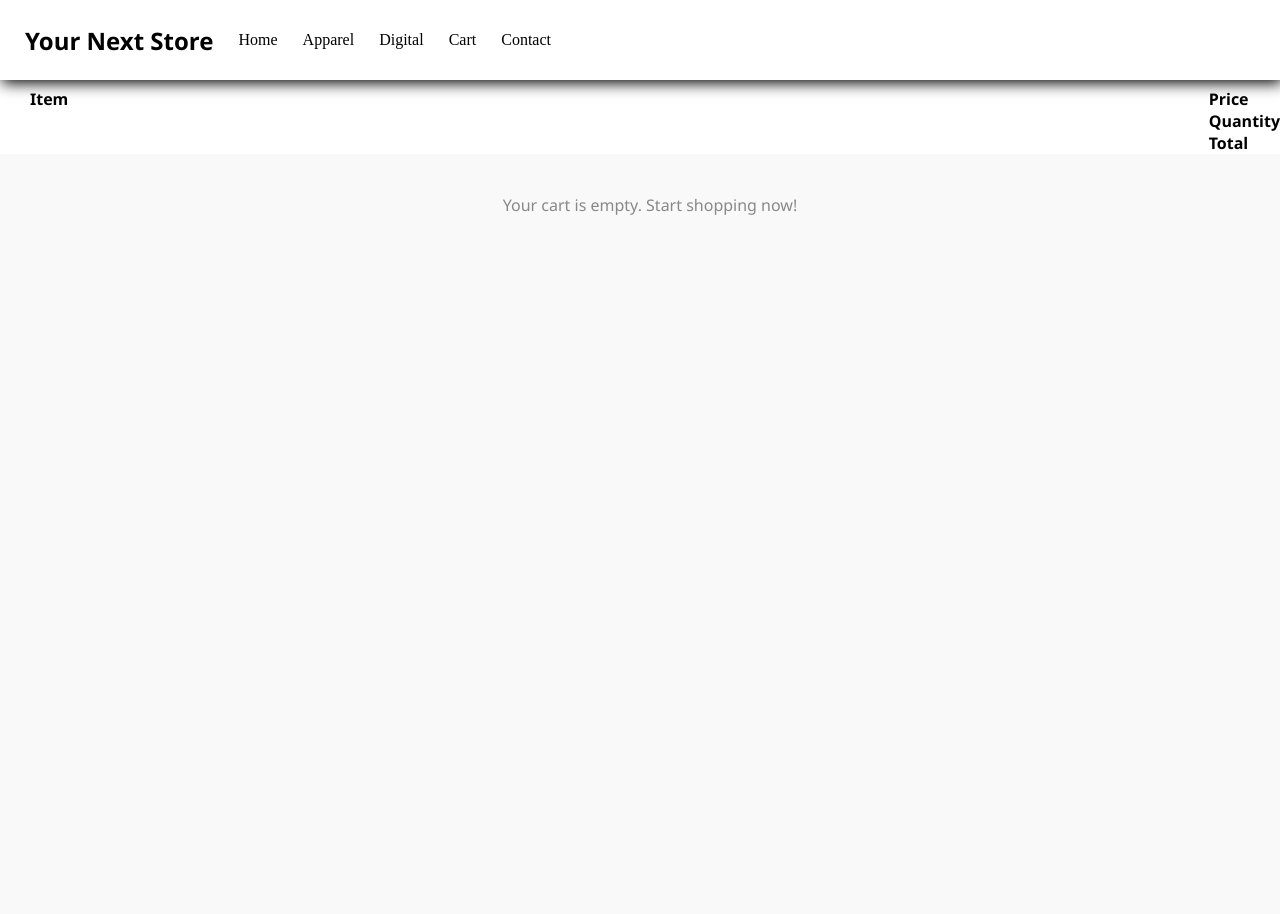
Repository: Sharathguru/React_Project1
Page: /cart
An editor plug-in stored every save of this project. The page is shown before and after the next save, followed by the edit.
The browser window is 1280 px wide. The pictures show the whole page.
The project was rebuilt for these pictures with package versions that can differ from the ones it lists, and the page was loaded fresh each time. Also part of the build but not shown: vite.config.js, src/Component/Main/Main1.jsx, src/Component/Main/Cloud.jsx, src/Component/Home.jsx, src/Component/NavbarComponent/Apparel.jsx, src/Component/NavbarComponent/Digital.jsx, src/Component/Contact.jsx, src/Component/Main/Signup.jsx and 3 more.

Above is the page before, as saved 2025-01-17 11:06:13.

### src/main.jsx
import { StrictMode } from 'react'
import { createRoot } from 'react-dom/client'

import App from './App.jsx'


createRoot(document.getElementById('root')).render(

  <App></App>

)

### src/App.jsx
import React, { useState } from 'react';
import { createBrowserRouter, RouterProvider } from 'react-router-dom';
import Home from './Component/Home';
import Apparel from './Component/NavbarComponent/Apparel';
import Digital from './Component/NavbarComponent/Digital';
import Contact from './Component/Contact';
import Signup from './Component/Main/Signup';
import LoginPage from './Component/Main/LoginPage';
import Cart from './Component/NavbarComponent/Cart';

import './App.css';
import Terms from './Component/Main/Terms';

const App = () => {
  const [cartItems, setCartItems] = useState([]);

  const router = createBrowserRouter([
    {
      path: "/",
      element: <Signup />,
      children: [
        {
          path: "/terms",
          element: <Terms />,
        },
      ],
    },
    {
      path: "/login",
      element: <LoginPage />,
    },
    {
      path: "/home",
      element: <Home />,
    },
    {
      path: "/apparel",
      element: <Apparel cartItems={cartItems} setCartItems={setCartItems} />,
    },
    {
      path: "/digital",
      element: <Digital />,
    },
    {
      path: "/cart",
      element: <Cart cartItems={cartItems} setCartItems={setCartItems} />,
    },
    {
      path: "/contact",
      element: <Contact />,
    },
  ]);

  return (
    <div>
      <RouterProvider router={router} />
    </div>
  );
};

export default App;

### src/Component/NavbarComponent/Cart.jsx
import React, { useState } from "react";
import { Link } from "react-router-dom";

const Cart = ({ cartItems, setCartItems }) => {
  const handleRemoveFromCart = (productId) => {
    const updatedCart = cartItems.filter((item) => item.id !== productId);
    setCartItems(updatedCart);
  };

  const handleIncreaseQuantity = (productId) => {
    const updatedCart = cartItems.map((item) =>
      item.id === productId ? { ...item, quantity: item.quantity + 1 } : item
    );
    setCartItems(updatedCart);
  };

  const handleDecreaseQuantity = (productId) => {
    const updatedCart = cartItems.map((item) =>
      item.id === productId && item.quantity > 1
        ? { ...item, quantity: item.quantity - 1 }
        : item
    );
    setCartItems(updatedCart);
  };

  const calculateItemTotal = (price, quantity) => {
    return price * quantity;
  };

  const calculateCartTotal = () => {
    return cartItems.reduce((acc, item) => acc + calculateItemTotal(item.price, item.quantity), 0);
  };

  return (
    <div>
      <div id="navbar">
        <nav id="navbar-items">
          <div id="navbar-title">
            <h1>Your Next Store</h1>
          </div>
          <Link className="link" to="/home">
            Home
          </Link>
          <Link className="link" to="/Apparel">
            Apparel
          </Link>
          <Link className="link" to="/digital">
            Digital
          </Link>
          <Link className="link" to="/cart">
            Cart
          </Link>
          <Link className="link" to="/contact">
            Contact
          </Link>
        </nav>
      </div>
      <br />
      <br />
      <br />
      <br />
      <div id="cart-item-navbar">
        <div id="cart-item-1">
          <h4>Item</h4>
        </div>
        <div id="cart-item-all">
          <h4>Price</h4>
          <h4>Quantity</h4>
          <h4>Total</h4>
        </div>
      </div>
      <div id="cart-content">
        {cartItems && cartItems.length > 0 ? (
          cartItems.map((item) => (
            <div key={item.id} className="cart-item">
              <img src={item.img} alt={item.name} className="cart-item-image" />
              <div className="cart-item-details">
                <h2>{item.name}</h2>
                <p>Price: {item.price}</p>
                <div id="incanddes">
                  <input
                    type="button"
                    value="-"
                    onClick={() => handleDecreaseQuantity(item.id)}
                  />
                  <h5>{item.quantity}</h5>
                  <input
                    type="button"
                    value="+"
                    onClick={() => handleIncreaseQuantity(item.id)}
                  />
                </div>
                <h3>Total: {calculateItemTotal(item.price, item.quantity)}</h3>
                <button onClick={() => handleRemoveFromCart(item.id)}>
                  Remove
                </button>
              </div>
            </div>
          ))
        ) : (
          <p>Your cart is empty. Start shopping now!</p>
        )}
      </div>
      {cartItems && cartItems.length > 0 && (
        <div id="cart-summary">
          <h2>Grand Total: {calculateCartTotal()}</h2>
        </div>
      )}
    </div>
  );
};

export default Cart;

### src/App.css
* {
  margin: 0;
  padding: 0;
}
body
{
    font-family: 'Segoe UI', Tahoma, Geneva, Verdana, sans-serif;
}
#navbar {
    width: 100vw;
    height: 80px;
    background: white;
    box-shadow: 2px 3px 14px black;
    display: flex;
    align-items: center;
    justify-content: space-between;
    position: fixed; /* Change from static to fixed */
    top: 0; /* Ensure it sticks to the top of the viewport */
    z-index: 1000; /* Add z-index to make sure it appears above other content */

  }

#navbar-title h1
{
/* padding-bottom: 10px; */
font-weight: 700;
}

#navbar-items {

  width: 45%;
  display: flex;
  justify-content: space-evenly;
  align-items: center;
}


.link {
  text-decoration: none;
  color: black;
  font-size: 16px;
  font-family: "Times New Roman", Times, serif;
}

.link:hover {
  background: linear-gradient(45deg, black, rgb(232, 145, 4));
  -webkit-background-clip: text;
  background-clip: text;
  color: transparent;
}

#navbar-search {
    margin-right: 25px;
  flex-grow: 1;
  display: flex;
  justify-content: flex-end;
  padding-right: 10px;
  align-items: center;
}

#navbar-search input {
  width: 180px;
  height: 30px;
  border: 1px solid #ccc;
  border-radius: 4px;
  padding: 0 10px;
  font-size: 14px;
}
#navbar-search input::placeholder
{
font-size: 12px;
}

#navbar-search i,
#navbar-search a {
  padding-left: 10px;
  font-size: 16px;
  color: #888;
  cursor: pointer;
  text-decoration: none;
}

#navbar-search a:hover {
  background: linear-gradient(45deg, black, rgb(232, 145, 4));
  -webkit-background-clip: text;
  background-clip: text;
  color: transparent;
}

#navbar-icon i {
  padding-right: 20px;
  font-size: 20px;
  cursor: pointer;
  display: none;
}

#navbar-icon i:hover {
  background: linear-gradient(45deg, black, rgb(232, 145, 4));
  -webkit-background-clip: text;
  background-clip: text;
  color: transparent;
}
#home-part1 {
    background-color: rgb(247, 244, 244);
    margin: 100px 0 0 40px; /* Add top margin to prevent overlapping */
    width: 94vw;
    height: 480px;
    position: relative; /* Change position to relative to avoid sticky conflicts */
    display: flex;
    justify-content: space-evenly;
    align-items: center;
}

#home-part1 p
{
    padding-top: 10px;
    color: rgb(83, 79, 80);
}
#home-part1 button
{
    margin-top: 15px;
    background: rgb(46, 48, 49);
    border: none;
    border-radius: 20px;
    width: 90px;
    height: 30px;
    color: white;
    font-weight: bold;
    cursor: pointer;
}

#home-part1-img img
{
    width: 300px;
}
#home-part2
{

    display: flex;
    justify-content: space-evenly;
    flex-wrap: wrap;
    row-gap: 70px;

}
#cloud {
    background-color: rgb(222, 219, 219);
    margin: 10px 0 10px 0px;
    width: 25.4%;
    height: 340px;
    position: relative;
    border-radius: 10px;

}
#cloud img
{
    /* margin-left: 20px; */
    position: relative;
    left: -30px;
    bottom: 10px;
    right: 85px;
    width: 395px;
    height: 350px;
}
#cloud img:hover
{
opacity: 0.5;
transform: translateY(-10px);
}
#home-part2 h1
{
    /* padding-left: 35px; */
    font-size: 25px;
}
#cloud p:first-child {
    padding-left: 80px;
    font-size: 20px;
}

#home-part2a
{
    margin: 20px 0 0 0;
    width: 94vw;
    display: flex;
    justify-content: space-around;

}
#cloud1 img
{
    width: 500px;
    border-radius: 10px;
}
#cloud1a img
{
    width: 500px;
    border-radius: 10px;
}
#para p
{
    margin-right: 20px;
}
#cloud1:hover , #cloud1a:hover {
    opacity: 0.7;
}



/* Outer container */
#border-down {
  margin-top: 20px;
  background-color: rgb(240, 240, 240);
  height: 220px;
  position: relative;
  width: 100%;
  display: flex; /* Flexbox for alignment */
  justify-content: space-between; /* Space between left and right sections */
  align-items: center;
  padding: 20px;
  box-sizing: border-box;
}

/* Left Section */
#details-product-left {
  display: flex;
  flex-direction: column;
  justify-content: center;
  align-items: flex-start;
}

#details-product-left h1 {
  font-size: 18px;
  margin-bottom: 10px;
}

#details-product-left input {
  padding: 8px;
  border: 1px solid #ccc;
  border-radius: 4px;
  margin-right: 10px;
}

#details-product-left button {
  background-color: #1a202c;
  color: #fff;
  border: none;
  padding: 8px 16px;
  border-radius: 4px;
  cursor: pointer;
}

/* Right Section */
#details-product-right {
  display: flex;
  justify-content: space-between;
  align-items: flex-start;
  gap: 50px; /* Space between Products and Support */
}

#details-Product,
#details-Product1 {
  text-align: left;
}

#details-Product h4,
#details-Product1 h4 {
  font-size: 16px;
  margin-bottom: 10px;
}

#details-Product a,
#details-Product1 a {
  text-decoration: none;
  color: #333;
  font-size: 14px;
}

#details-Product a:hover,
#details-Product1 a:hover {
  text-decoration: underline;
}

/* Outer container */
#border-down {
  margin-top: 20px;
  background-color: rgb(240, 240, 240);
  height: 250px;
  position: relative;
  width: 100%;
  display: flex;
  justify-content: space-between;
  align-items: center;
  padding: 20px;
  box-sizing: border-box;
}

/* Left Section */
#details-product-left {
  display: flex;
  flex-direction: column;
  justify-content: flex-start;
  align-items: flex-start;
  gap: 10px;
}

#details-product-left h1 {
  font-size: 18px;
  margin-bottom: 5px;
}

#details-product-left input {
  padding: 8px;
  border: 1px solid #ccc;
  border-radius: 4px;
  margin-right: 10px;
  width: 250px;
}

#details-product-left button {
  background-color: #1a202c;
  color: #fff;
  border: none;
  padding: 8px 16px;
  border-radius: 10px;
  cursor: pointer;
  margin-top: 10px;
}

/* Right Section */
#details-product-right {
  display: flex;
  justify-content: flex-end;
  align-items: flex-start;
  gap: 50px;
}

#details-Product,
#details-Product1 {
  text-align: left;
}

#details-Product h4,
#details-Product1 h4 {
  font-size: 16px;
  margin-bottom: 10px;
}

#details-Product a,
#details-Product1 a {
  text-decoration: none;
  color: #333;
  font-size: 14px;
}

#details-Product a:hover,
#details-Product1 a:hover {
  text-decoration: underline;
}

/* Footer Section */
#footer {
  /* text-align: center; */
  padding: 15px 0;
  font-size: 14px;
  color: #555;
  background-color: rgb(240, 240, 240);
  border-top: 1px solid #ddd;
}

#footer p {
  margin: 5px 0;
}
#Apparel-heading
{
  padding-top: 10px;
  padding-left: 30px;
}
#Apparel-heading h3
{
font-size: 1.5rem;
}
#Apparel-heading p
{
color: #888;
}

#Apparel-detail {
  margin-top: 20px;
  display: flex;
  justify-content: space-evenly;
  flex-wrap: wrap; /* Ensure items wrap on smaller screens */
  /* gap: 10px;  */
  column-gap: 10px;
  row-gap: 120px;
  width: 100%; /* Ensure container fits within the viewport */
}

.Apparel-items-box {
  margin: 0; /* Remove extra margin */
  border-radius: 10px;
  /* background-color: #9e2626; */
  width: 25%; /* Adjust as needed for layout */
  height: 340px;
  box-sizing: border-box;

}

.Apparel-item-all img {
  width: 315px; /* Scale image to fit its container */
  height: 339px; /* Ensure image stretches to container height */
 border-radius: 20px;
}

.Apparel-item-all img:hover
{
opacity: 0.5;
transform: translateY(-5px);
cursor: pointer;
}

.Apparel-item-all h1
{
 margin: 40px  0 0 0;
font-size: 1.3rem;
text-align: center;
}
.Apparel-item-all p
{
text-align: center;
}

/* Target the 10th Apparel-items-box */
.Apparel-items-box:nth-child(10) {
 margin-right: 63%;
}
#Digital-title h2,p
{
  padding-left: 20px;
}
#Digital-title p
{
color: #888;
}
#Digital-item
{
  display: flex;
  flex-wrap: wrap;
  justify-content: space-evenly;
}

.Digital-item-all
{
  margin: 30px 0 0 30px;

}
.Digital-item-all img
{
  border-radius: 10px;
  width: 370px;
  transform: translateY(-10px);
}
/* General Contact Form Styling */
#contact {
  margin: 40px auto;
  padding: 20px;
  max-width: 600px;
  border: 1px solid #ddd;
  border-radius: 8px;
  background-color: #f9f9f9;
}

#contact-item {
  text-align: center;
}

#contact-item h3 {
  font-size: 24px;
  color: #333;
  margin-bottom: 20px;
}

/* Contact Form Container */
#contact-item-all {
  display: flex;
  flex-direction: column;
  gap: 15px;
}

/* Input and Textarea Styling */
.item-all-contact label {
  font-size: 16px;
  color: #333;
  margin-bottom: 8px;
  text-align: left;
  display: block;
}

.item-all-contact input,
.item-all-contact textarea {
  padding: 10px;
  font-size: 16px;
  width: 100%;
  border: 1px solid #ccc;
  border-radius: 4px;
  margin-bottom: 10px;
  box-sizing: border-box;
}

.item-all-contact input:focus,
.item-all-contact textarea:focus {
  border-color: #6c757d;
  outline: none;
}

/* Button Styling */
button[type="submit"] {
  width: 200px;
  padding: 12px 20px;
  margin-left: 200px;
  font-size: 16px;
  color: #fff;
  background-color: #383534;
  border: none;
  border-radius: 10px;
  cursor: pointer;
  transition: background-color 0.3s ease;
}

button[type="submit"]:hover {
  background-color: #0056b3;
}

.buy-now-button {
  background-color: #ff5722;
  color: white;
  border: none;
  padding: 10px 15px;
  border-radius: 5px;
  font-size: 14px;
  cursor: pointer;
  transition: background-color 0.3s ease, transform 0.2s ease;
}

.buy-now-button:hover {
  background-color: #e64a19;
  transform: scale(1.05);
}

.buy-now-button:active {
  background-color: #d84315;
  transform: scale(1);
}

#already-login
{
 padding: 5px 0 0 60px;
  font-size: 0.43rem;
}
.Login-signup
{
  padding-left: 5px;
  text-decoration: none;
}

#Subscribe-group
{
  position: relative;
  top: 100px;
}


/* Cart Container */
#cart-content {
  padding: 20px;
  background-color: #f9f9f9;
  min-height: 100vh;
}

#cart-content h1 {
  text-align: center;
  font-size: 2rem;
  color: #333;
  margin-bottom: 20px;
}

.cart-item {
  display: flex;
  align-items: center;
  justify-content: space-between;
  background-color: #dd2b2b;
  padding: 20px;
  border-radius: 8px;
  margin-bottom: 15px;
  box-shadow: 0 2px 4px rgba(0, 0, 0, 0.1);
}

.cart-item img {
  width: 100px;
  height: 100px;
  /* object-fit: cover; */
  border-radius: 8px;
}

.cart-item-details {
  flex-grow: 1;
  margin-left: 20px;
}

.cart-item-details h2 {
  font-size: 1.2rem;
  color: #333;
}

.cart-item-details p {
  padding-right: 100px;
  font-size: 1rem;
  color: #555;
}

.remove-button {
  background-color: #ff4d4d;
  color: white;
  border: none;
  padding: 10px 15px;
  cursor: pointer;
  border-radius: 4px;
  transition: background-color 0.3s ease;
}

.remove-button:hover {
  background-color: #e60000;
}

.continue-shopping-button {
  background-color: #007bff;
  color: white;
  padding: 10px 15px;
  text-decoration: none;
  border-radius: 4px;
  font-size: 1rem;
  margin-top: 20px;
  display: inline-block;
  text-align: center;
}

.continue-shopping-button:hover {
  background-color: #0056b3;
}

/* Empty Cart Message */
#cart-content p {
  text-align: center;
  font-size: 1rem;
  color: #888;
  margin-top: 20px;
}
#cart-item-navbar
{
  display: flex;
  justify-content: space-between;
}
#cart-item-navbar>div:nth-child(1)
{
padding-left: 30px;
}
#cart-tem-all
{
  width: 800px;
  display: flex;
  justify-content: space-evenly;
}
#incanddes
{
  position: relative;
  left: 680px;
  bottom: 20px;
}
#incanddes h5
{
  display: inline;
}









/* Mobile view adjustments */
@media screen and (max-width: 500px) {
  #navbar-items {
    display: none; /* Hide the navbar items */
  }

  #navbar-search {
    display: none; /* Hide the search bar */
  }

  #navbar-icon i {
    display: block; /* Show the icon */
  }
}
@media (max-width: 768px) {
  #contact {
    padding: 15px;
  }

  #contact-item-all {
    gap: 10px;
  }

  button[type="submit"] {
    font-size: 14px;
    padding: 10px 16px;
  }
}

### src/Component/Main/Signup.css
* {
    padding: 0;
    margin: 0;
  }

  #signup-heading {
    width: 100vw;
    height: 100vh;
    border-radius: 20px;
    position: relative;
    display: flex;
    justify-content: space-evenly;
    align-items: center;
    background: linear-gradient(190deg, rgb(243, 235, 235), rgb(237, 147, 147));
    animation: fadeIn 1.5s ease-in-out;
  }
  #signup-details h1
  {
    margin-bottom: 20px;
    text-align: center;

  }
  .signup-group {
    position: relative;
    margin-bottom: 20px;
    animation: slideIn 1.2s ease-in-out;
    margin-left: 30px;
  }

  .signup-group i {
    margin-left: 10px;
    position: absolute;
    transform: translateY(70%);
    color: #555;
    transition: color 0.3s ease;
  }

  .signup-group input[type="text"],
  .signup-group input[type="email"],
  .signup-group input[type="password"] {
    width: 300px;
    padding: 10px 40px;
    border: 1px solid #ddd;
    border-radius: 5px;
    font-size: 16px;
    color: #555;
    outline: none;
    transition: all 0.3s ease;
    box-sizing: border-box;
  }

  .signup-group input[type="text"]:focus,
  .signup-group input[type="email"]:focus,
  .signup-group input[type="password"]:focus {
    border-color: #007bff;
    box-shadow: 0 0 5px rgba(0, 123, 255, 0.5);
  }

  .signup-group input[type="text"]:hover,
  .signup-group input[type="email"]:hover,
  .signup-group input[type="password"]:hover {
    background-color: #f9f9f9;
  }

  .signup-group input[type="text"]:focus + i,
  .signup-group input[type="email"]:focus + i,
  .signup-group input[type="password"]:focus + i {
    color: #007bff;
  }

  #signup-heading img {
    width: 400px;
    border-radius: 20px;
    animation: bounceIn 2s ease-in-out;
  }

  input[type="checkbox"] {

    cursor: pointer;

    margin: 25px 10px 0 0 ;

  }

  input[type="submit"] {
    width: 300px;
    padding: 10px;
    background: #007bff;
    color: #fff;
    border: none;
    border-radius: 5px;
    font-size: 16px;
    cursor: pointer;
    transition: background 0.3s ease;
    animation: zoomIn 1s ease-in-out;
    margin-left: 27px;
  }

  input[type="submit"]:hover {
    background: #0056b3;
  }

  span {
    font-size: 14px;
    color: #555;
  }
#checkbox:hover + span
  {
    font-size: 14px;
    color: black;
  }


  /* Animations */

  @keyframes fadeIn {
    from {
      opacity: 0;
      transform: translateY(-20px);
    }
    to {
      opacity: 1;
      transform: translateY(0);
    }
  }

  @keyframes slideIn {
    from {
      opacity: 0;
      transform: translateX(-20px);
    }
    to {
      opacity: 1;
      transform: translateX(0);
    }
  }

  @keyframes bounceIn {
    10% {
      opacity: 0;
      transform: scale(0.5);
    }
    10% {
      opacity: 1;
      transform: scale(1.2);
    }
    100% {
      transform: scale(1);
    }
  }

  @keyframes zoomIn {
    from {
      transform: scale(0.8);
      opacity: 0;
    }
    to {
      transform: scale(1);
      opacity: 1;
    }
  }

Loaded but not shown: index.html (common file)

After the next save:
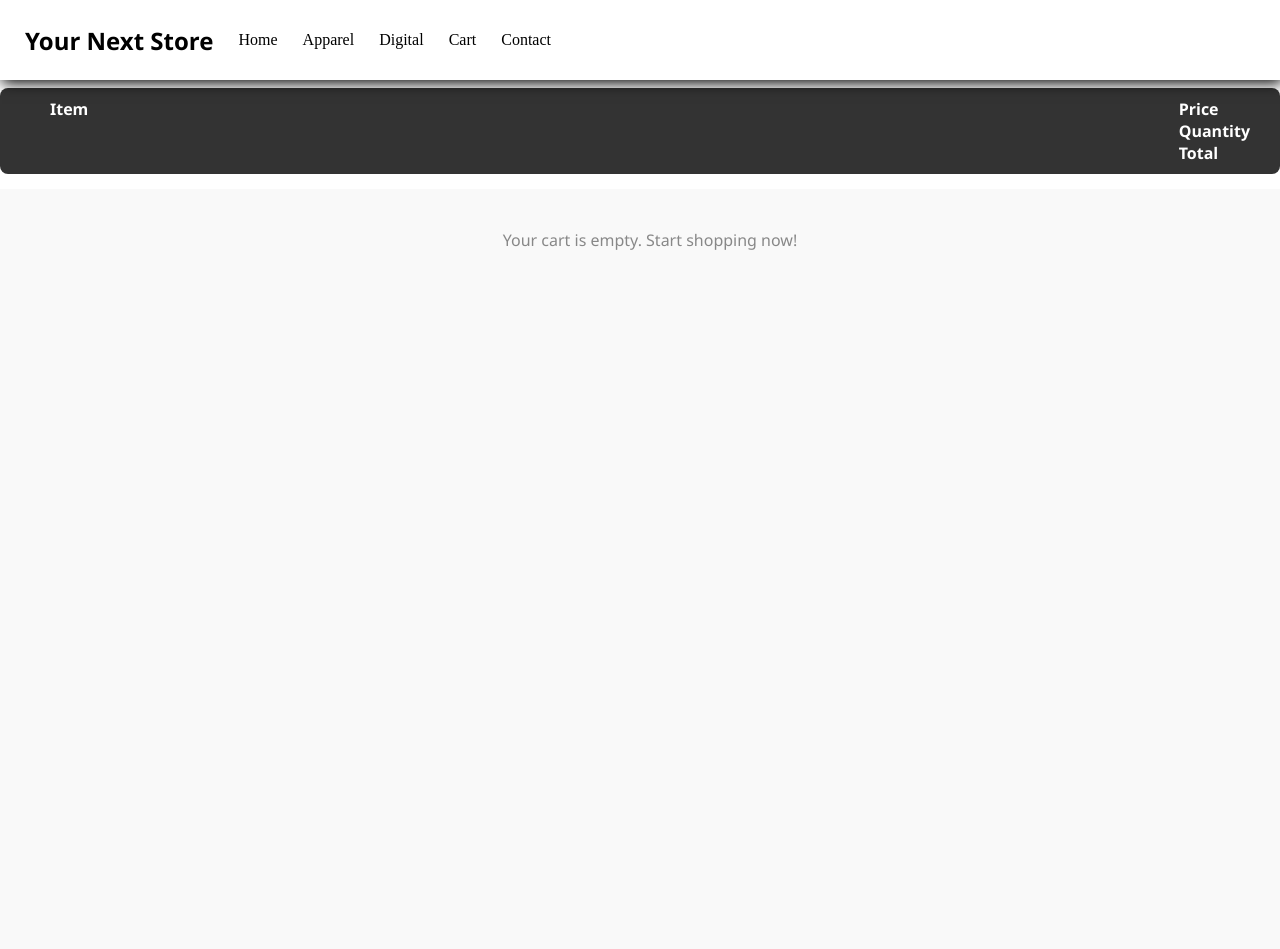
Saved 11 s later.
--- a/src/App.css
+++ b/src/App.css
@@ -595,7 +595,7 @@ button[type="submit"]:hover {
 .cart-item img {
   width: 100px;
   height: 100px;
-  /* object-fit: cover; */
+  object-fit: cover;
   border-radius: 8px;
 }
 
@@ -606,15 +606,64 @@ button[type="submit"]:hover {
 
 .cart-item-details h2 {
   font-size: 1.2rem;
-  color: #333;
+  color: #fff;
+  margin-bottom: 5px;
 }
 
 .cart-item-details p {
-  padding-right: 100px;
   font-size: 1rem;
-  color: #555;
-}
-
+  color: #f3f3f3;
+  margin-bottom: 10px;
+}
+
+#cart-item-navbar {
+  display: flex;
+  justify-content: space-between;
+  padding: 10px 30px;
+  background-color: #333;
+  color: #fff;
+  border-radius: 8px;
+  margin-bottom: 15px;
+}
+
+#cart-item-navbar > div:first-child {
+  padding-left: 20px;
+}
+
+#cart-tem-all {
+  display: flex;
+  justify-content: space-evenly;
+  width: 60%;
+}
+
+#incanddes {
+  display: flex;
+  align-items: center;
+  gap: 10px;
+}
+
+#incanddes input {
+  width: 30px;
+  height: 30px;
+  text-align: center;
+  border: 1px solid #ccc;
+  border-radius: 4px;
+  cursor: pointer;
+  font-size: 1rem;
+}
+
+#incanddes input:hover {
+  background-color: #fff;
+  color: #000;
+}
+
+#incanddes h5 {
+  margin: 0;
+  font-size: 1rem;
+  color: #fff;
+}
+
+/* Buttons */
 .remove-button {
   background-color: #ff4d4d;
   color: white;
@@ -652,31 +701,7 @@ button[type="submit"]:hover {
   color: #888;
   margin-top: 20px;
 }
-#cart-item-navbar
-{
-  display: flex;
-  justify-content: space-between;
-}
-#cart-item-navbar>div:nth-child(1)
-{
-padding-left: 30px;
-}
-#cart-tem-all
-{
-  width: 800px;
-  display: flex;
-  justify-content: space-evenly;
-}
-#incanddes
-{
-  position: relative;
-  left: 680px;
-  bottom: 20px;
-}
-#incanddes h5
-{
-  display: inline;
-}
+
 
 
 
